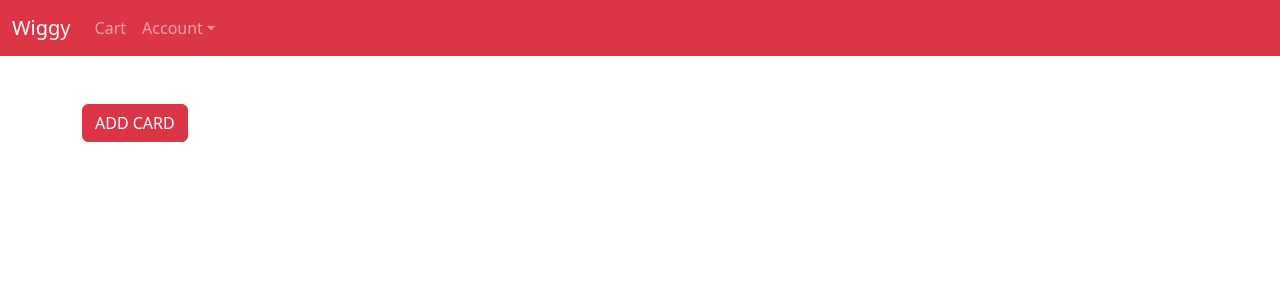
Repository: MohammadGulshan/wiggy
Page: / (app in client/)
An editor plug-in stored every save of this project. The page is shown before and after the next save, followed by the edit.
The browser window is 1280 px wide. The pictures show the whole page.
The project was rebuilt for these pictures with package versions that can differ from the ones it lists, and the page was loaded fresh each time. Also part of the build but not shown: client/src/App.css.

Above is the page before, as saved 2020-12-11 03:25:04.

### client/src/index.js
import React from 'react';
import ReactDOM from 'react-dom';
import App from './App';
import reportWebVitals from './reportWebVitals';

ReactDOM.render(
  <React.StrictMode>
    <App />
  </React.StrictMode>,
  document.getElementById('root')
);

// If you want to start measuring performance in your app, pass a function
// to log results (for example: reportWebVitals(console.log))
// or send to an analytics endpoint. Learn more: https://bit.ly/CRA-vitals
reportWebVitals();

### client/src/App.js
import 'bootstrap/dist/css/bootstrap.min.css';
import './App.css';

import AppNavbar from './components/AppNavbar';
import AppCards from './components/AppCards';

function App() {
  return (
    <div className="App">
      <AppNavbar />
      <AppCards />
    </div>
  );
}

export default App;

### client/src/components/AppNavbar.js
import React from "react";
import {
  Collapse,
  Navbar,
  NavbarToggler,
  NavbarBrand,
  Nav,
  NavItem,
  NavLink,
  UncontrolledDropdown,
  DropdownToggle,
  DropdownMenu,
  DropdownItem,
  NavbarText,
} from "reactstrap";

const AppNavbar = (props) => {
  let isOpen = false;
  const toggle = () => isOpen = !isOpen;
  return (
    <div>
      <Navbar color="danger" dark expand="md" className="mb-5">
        <NavbarBrand href="/">Wiggy</NavbarBrand>
        <NavbarToggler onClick={toggle} />
        <Collapse isOpen={isOpen} navbar>
          <Nav className="ml-auto" navbar>
            <NavItem>
              <NavLink href="/cart">Cart</NavLink>
            </NavItem>
            <UncontrolledDropdown nav inNavbar>
              <DropdownToggle nav caret>
                Account
              </DropdownToggle>
              <DropdownMenu right>
                <DropdownItem>
                  Profile
                </DropdownItem>
                <DropdownItem>
                  Orders
                </DropdownItem>
                <DropdownItem divider />
                <DropdownItem>
                  Logout
                </DropdownItem>
              </DropdownMenu>
            </UncontrolledDropdown>
          </Nav>
        </Collapse>
      </Navbar>
    </div>
  );
};

export default AppNavbar;

### client/src/components/AppCards.js
import React, {useState} from 'react';
import { Container, Button } from 'reactstrap';
import { CSSTransition, TransitionGroup } from 'react-transition-group';
import {v1 as uuid} from 'uuid';
import App from '../App';

const AppCards = () => {
    const [state, setState] = useState({
        cards: [
            {id: uuid(), name: 'McDonalds'},
            {id: uuid(), name: 'KFC'},
            {id: uuid(), name: 'Domino\'s'},
            {id: uuid(), name: 'Pizza Hut'}
        ]
    });

    return (
        <div>
            <Container>
                <Button color="danger"
                    style={{marginBottom: '2rem'}}
                    onClick={() => {
                        const name = prompt('Enter Restaurant Name');
                        if (name) {
                            setState(state => ({
                                cards: [...state.cards, {id: uuid(), name: name}]
                            }))
                        }
                    }}
                >
                    ADD CARD
                </Button>
            </Container>
        </div>
    );
}

export default AppCards;

Loaded but not shown: client/public/index.html (common file); client/src/reportWebVitals.js (common file)

After the next save:
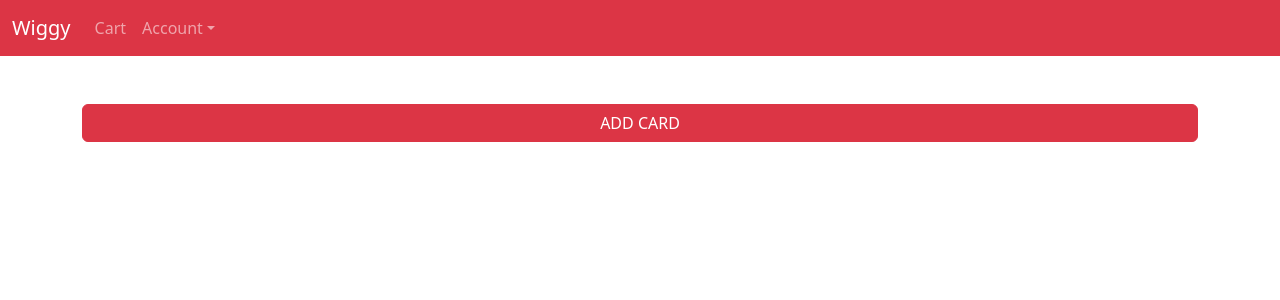
Saved 11 min 6 s later.
--- a/client/src/components/AppCards.js
+++ b/client/src/components/AppCards.js
@@ -18,6 +18,7 @@
         <div>
             <Container>
                 <Button color="danger"
+                    className="col-12"
                     style={{marginBottom: '2rem'}}
                     onClick={() => {
                         const name = prompt('Enter Restaurant Name');
